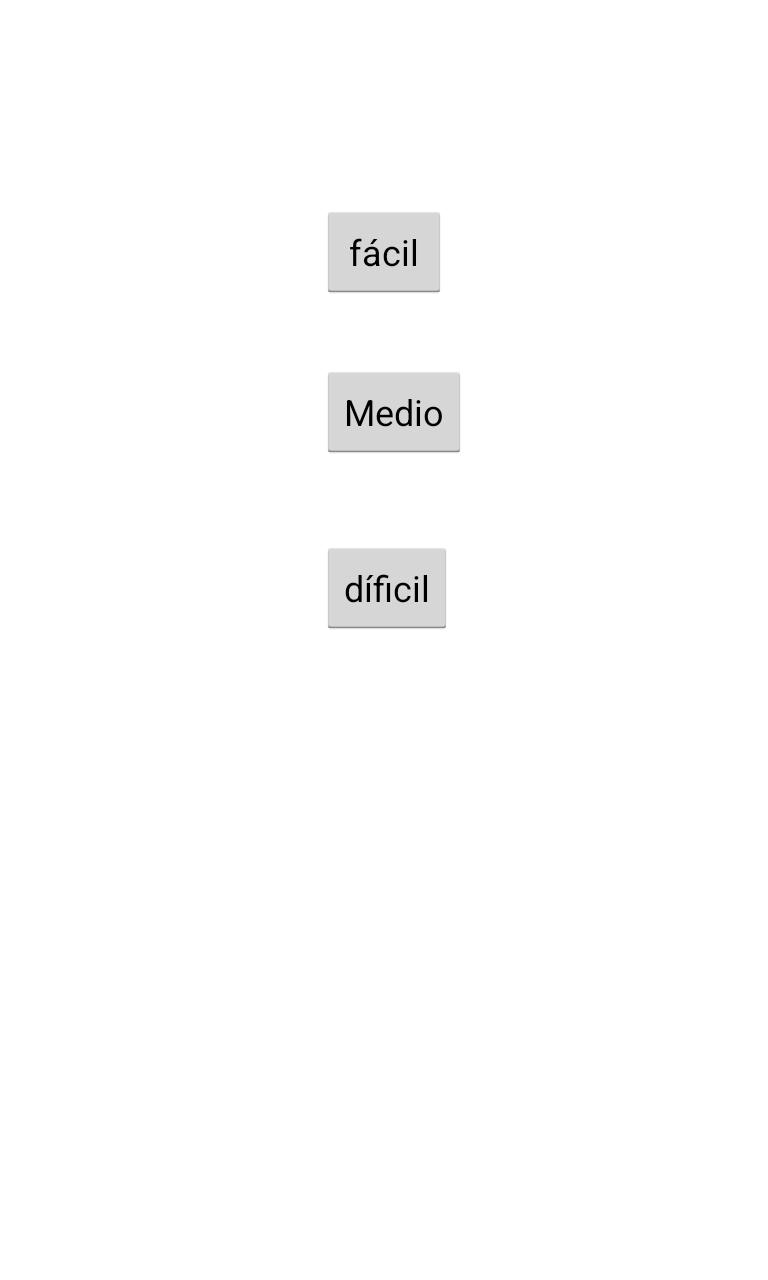
Repository: waenriqu/ProyectoBuscaminas
Layout: SuperBuscaminasTurbo/res/layout/activity_main.xml
An editor plug-in stored every save of this project. The layout is shown before and after the next save, followed by the edit.
It is drawn on a 768 x 1280 px phone screen (xhdpi) without system bars, with theme AppTheme; the app's code is not run.

Above is the layout before, as saved 2013-11-01 22:31:57.

After the next save:
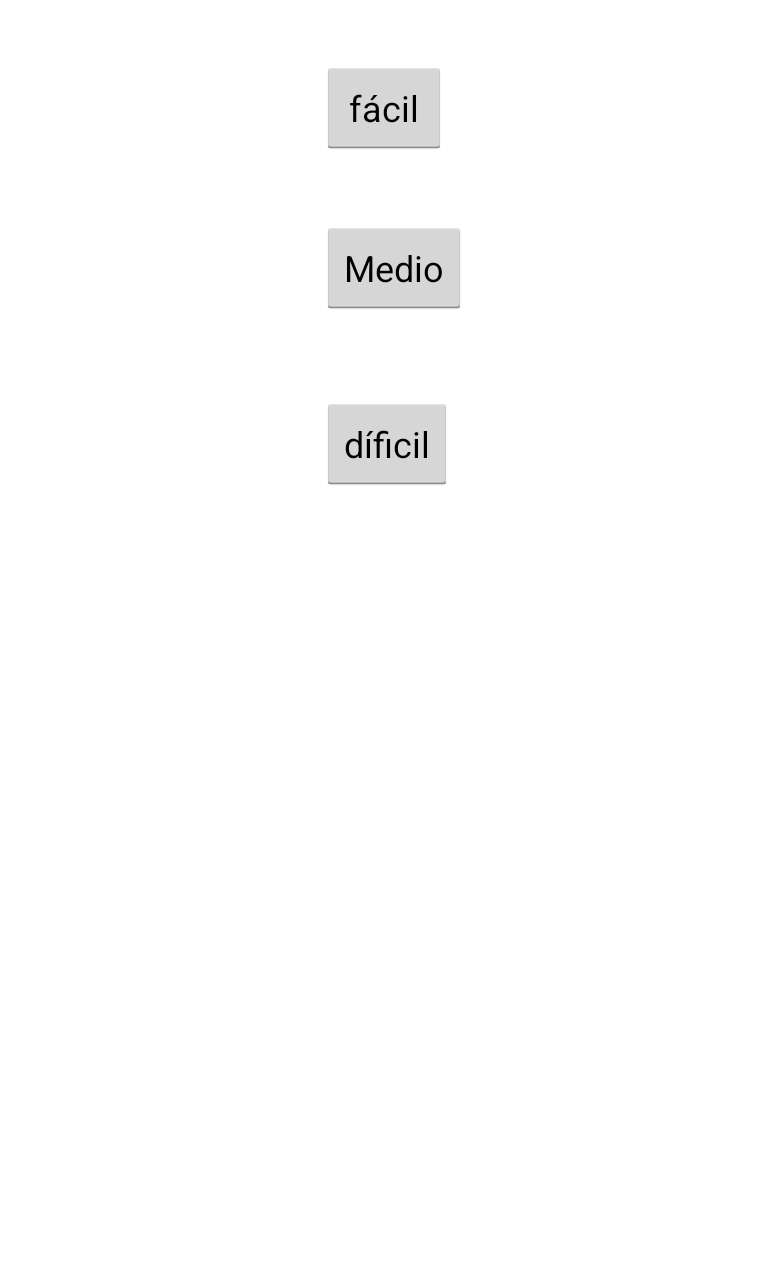
Saved 3 min 26 s later.
--- a/SuperBuscaminasTurbo/res/layout/activity_main.xml
+++ b/SuperBuscaminasTurbo/res/layout/activity_main.xml
@@ -7,15 +7,6 @@
     android:paddingRight="@dimen/activity_horizontal_margin"
     android:paddingTop="@dimen/activity_vertical_margin"
     tools:context=".MainActivity" >
-
-    <Button
-        android:id="@+id/buttonf"
-        android:layout_width="wrap_content"
-        android:layout_height="wrap_content"
-        android:layout_alignParentTop="true"
-        android:layout_centerHorizontal="true"
-        android:layout_marginTop="86dp"
-        android:text="@string/facil" />
 
     <Button
         android:id="@+id/buttonm"
@@ -35,4 +26,13 @@
         android:layout_marginTop="40dp"
         android:text="@string/dificil" />
 
+    <Button
+        android:id="@+id/buttonf"
+        android:layout_width="wrap_content"
+        android:layout_height="wrap_content"
+        android:layout_alignParentTop="true"
+        android:layout_centerHorizontal="true"
+        android:layout_marginTop="14dp"
+        android:text="@string/facil" />
+
 </RelativeLayout>
